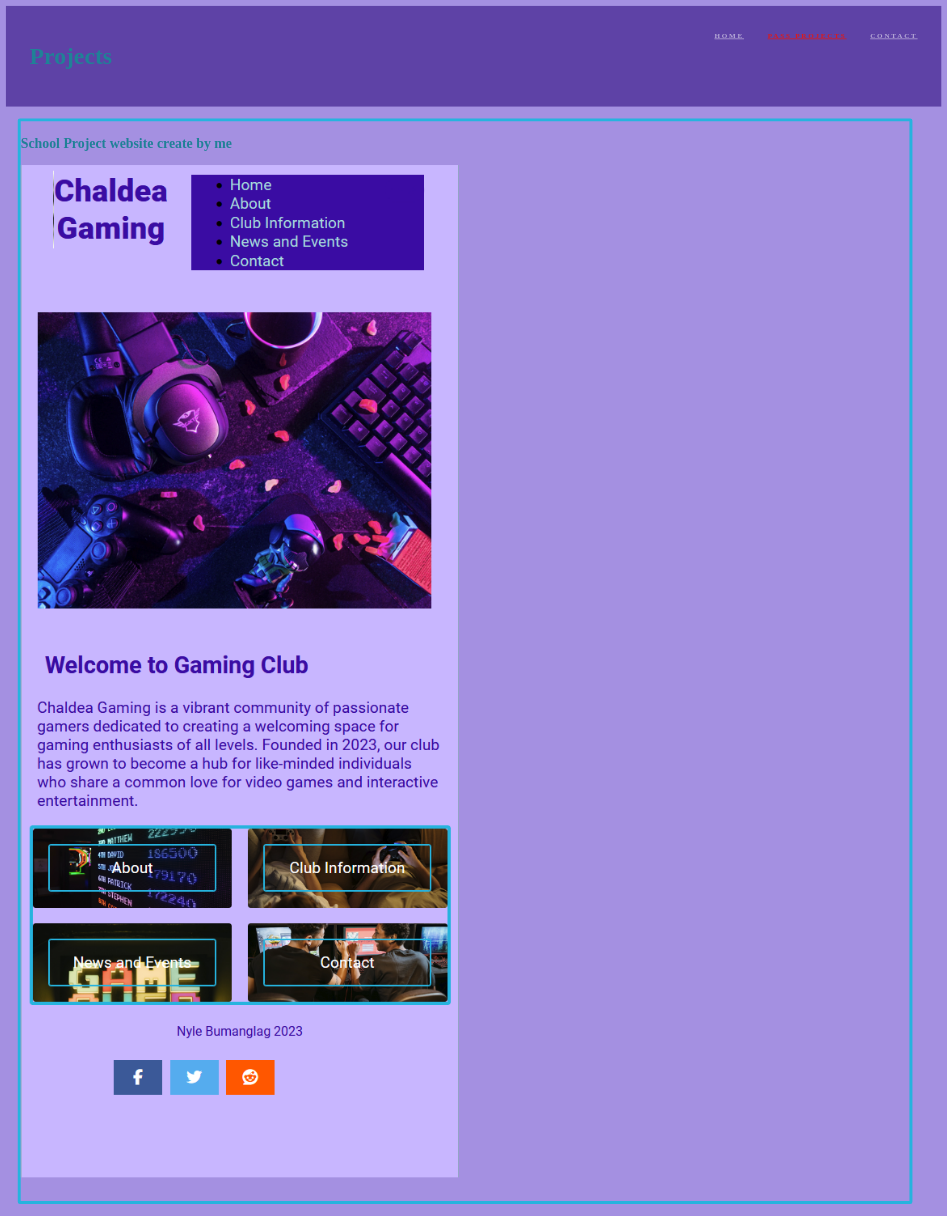
Repository: NyleNC/main
Page: projects.html
These files come from the project's save history. The page is drawn as it stood at one moment and after the next save; the edit follows.
The browser window is 1280 px wide. The pictures show the whole page, at 74% of full size.

Above is the page before, as saved 2024-11-07 00:38:46.

After the next save:
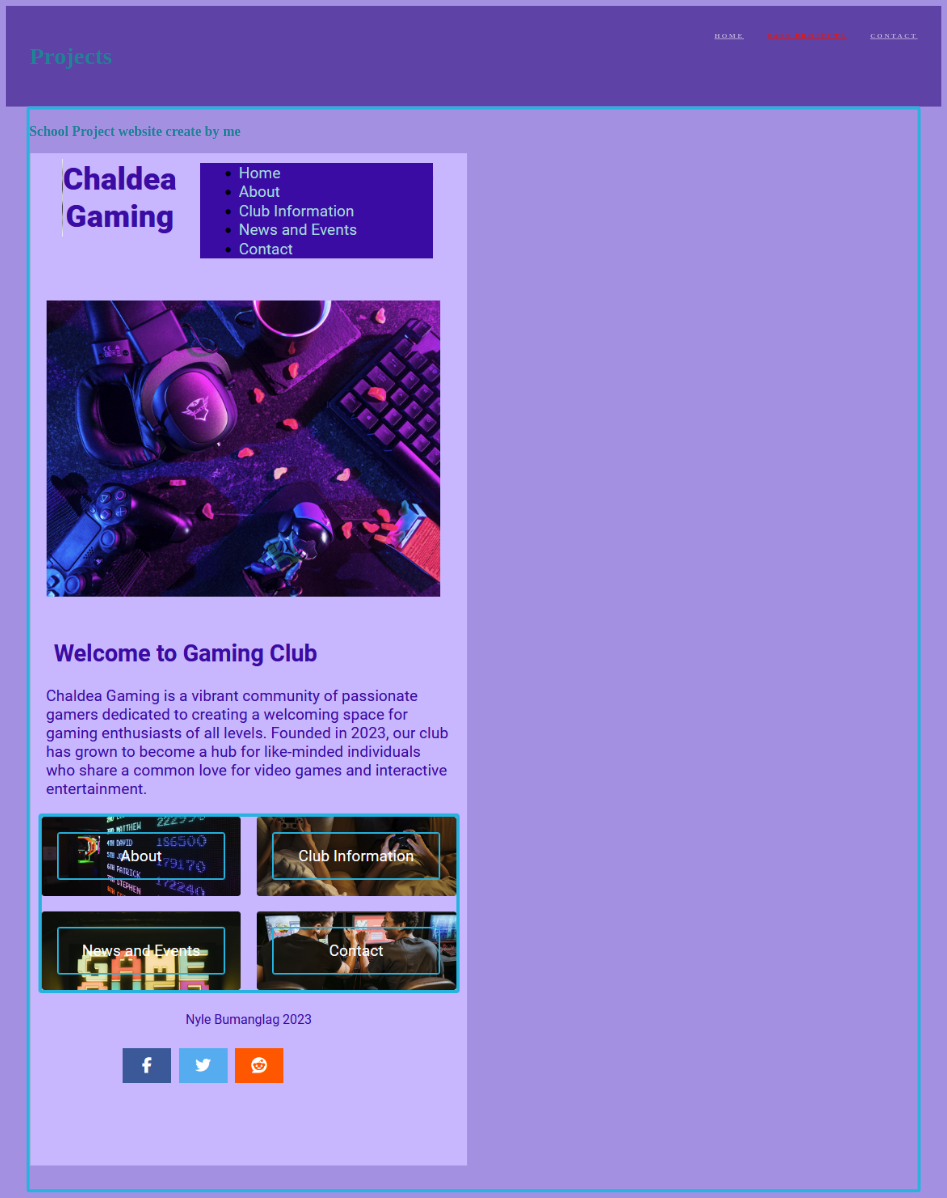
Saved 7 s later.
--- a/style.css
+++ b/style.css
@@ -65,7 +65,7 @@ color: #dd1a1a;
  width: 100%;
 }
 .container{
-    margin: 1em 1em;
+    margin: 0 auto;
     gap: 1em;
     display: grid;
     grid-template-columns:  1fr 1fr;
